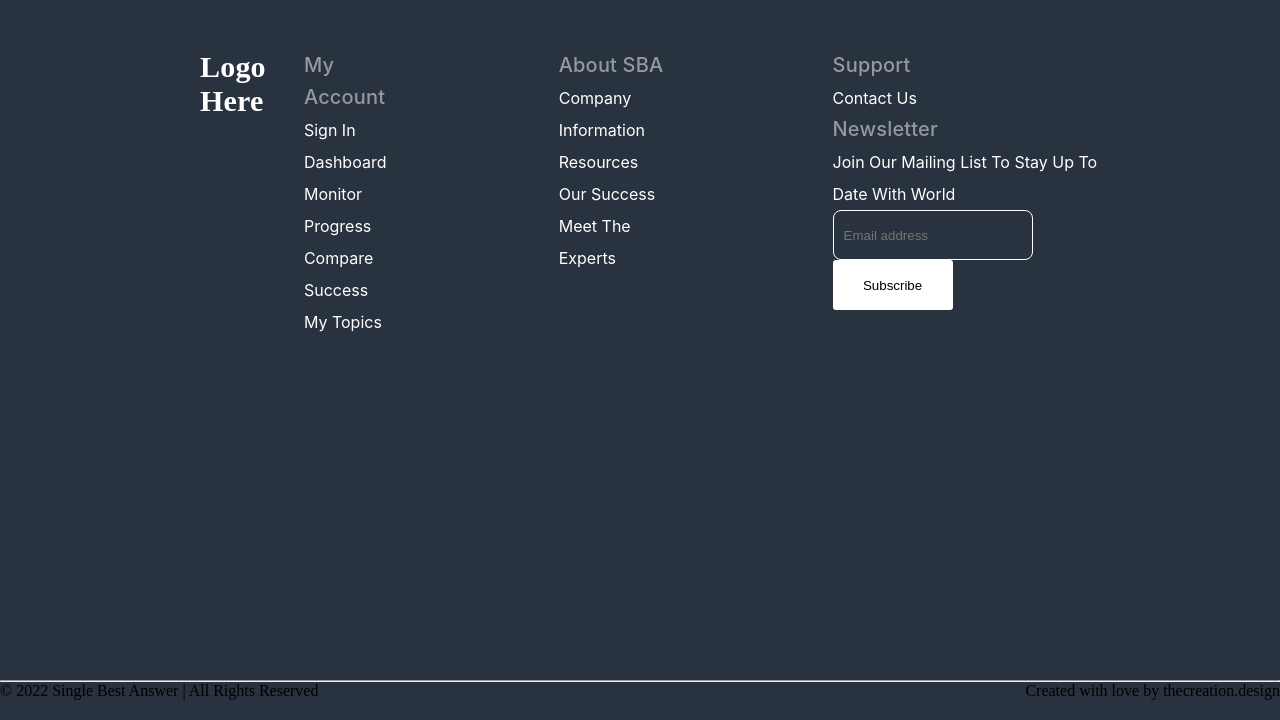
Repository: FaridRustamov09/Final-Task
Page: Pages/connectionPage/index.html
An editor plug-in stored every save of this project. The page is shown before and after the next save, followed by the edit.
The browser window is 1280 px wide. The pictures show the whole page.
The style sheet was rebuilt from its Sass, Less or Tailwind sources for each picture, by a compiler version that may differ from the author's.

Above is the page before, as saved 2024-07-14 20:58:13.

After the next save:
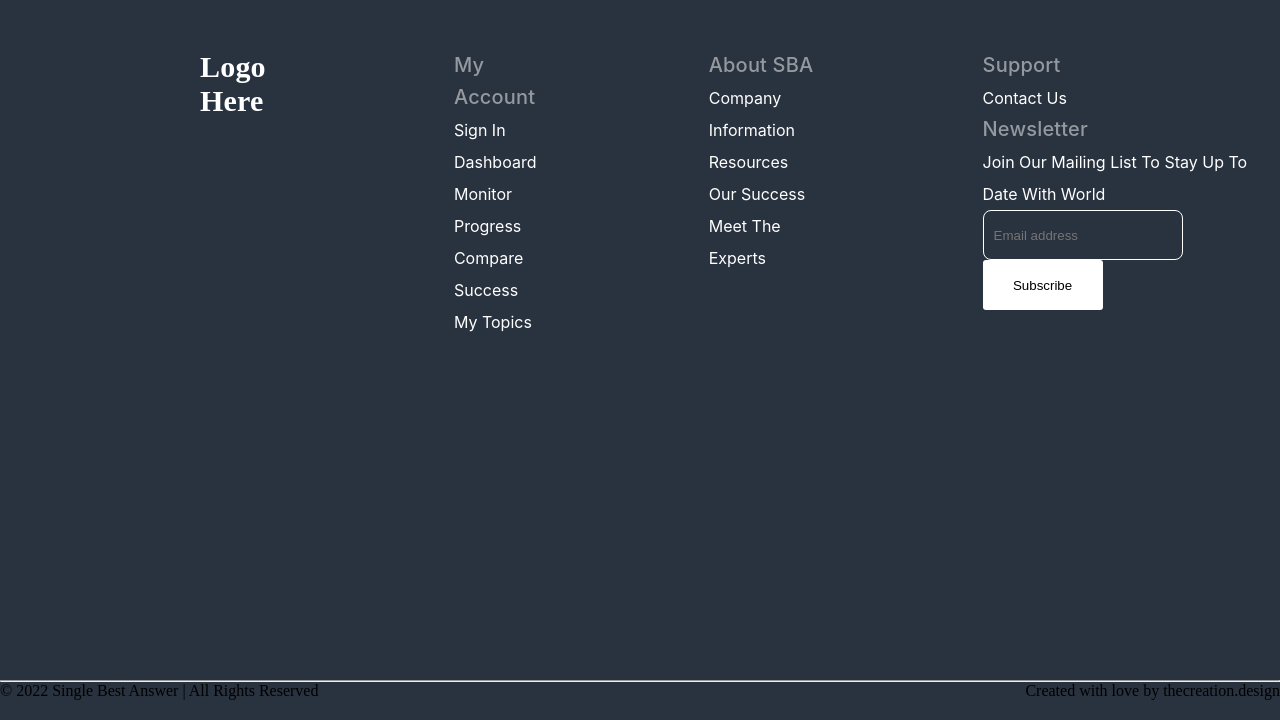
Saved 11 s later.
--- a/Pages/connectionPage/index.scss
+++ b/Pages/connectionPage/index.scss
@@ -26,7 +26,7 @@
     ul {
       display: flex;
       flex-direction: column;
-      margin-right: 150px;
+      margin-left: 150px;
       .title b {
         opacity: 0.5;
         color: var(--White, #fff);
